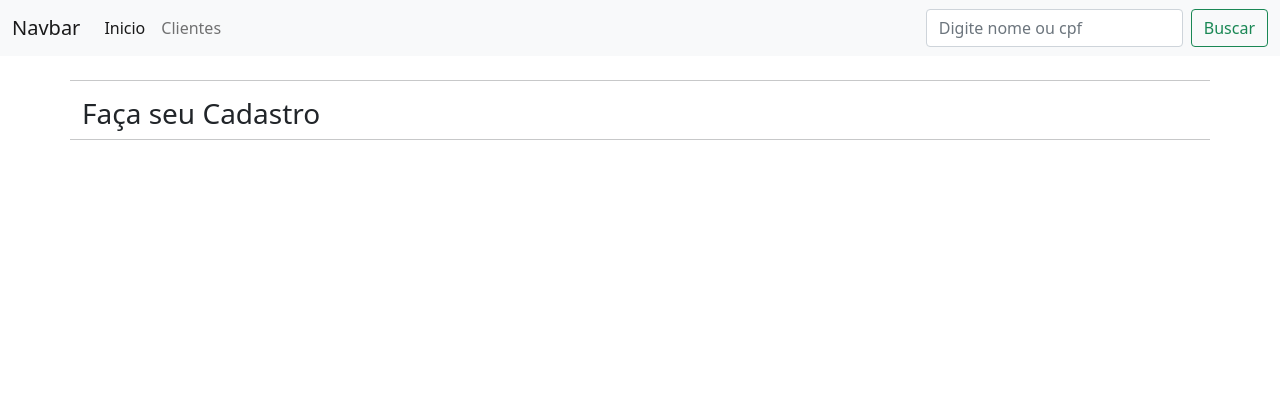
Repository: GabrielAzevedo99/back-end
Page: java-crud/src/main/webapp/index.html
The author's editor kept a copy of each file at every save. The page is drawn from the files as they stood at one save, then again after the next save.
The browser window is 1280 px wide. The pictures show the whole page.

Above is the page before, as saved 2022-02-05 00:33:43.

After the next save:
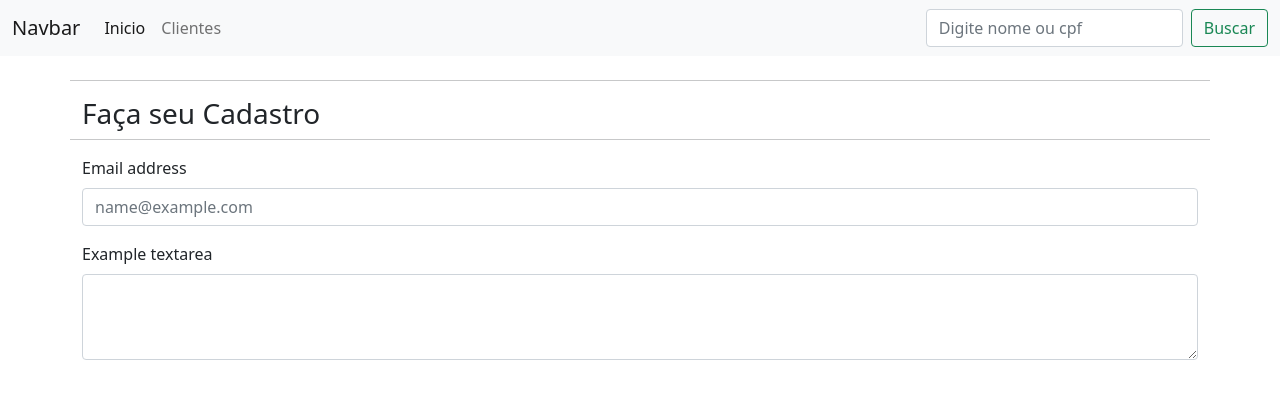
Saved 4 min 23 s later.
--- a/java-crud/src/main/webapp/index.html
+++ b/java-crud/src/main/webapp/index.html
@@ -39,6 +39,16 @@
 <h3>Faça seu Cadastro</h3>
 <hr>
 <form action="CreateAndFind" method="POST">
+
+<div class="mb-3">
+  <label for="exampleFormControlInput1" class="form-label">Email address</label>
+  <input type="email" class="form-control" id="exampleFormControlInput1" placeholder="name@example.com">
+</div>
+<div class="mb-3">
+  <label for="exampleFormControlTextarea1" class="form-label">Example textarea</label>
+  <textarea class="form-control" id="exampleFormControlTextarea1" rows="3"></textarea>
+</div>
+
 </form>
 </div>
 </div>
